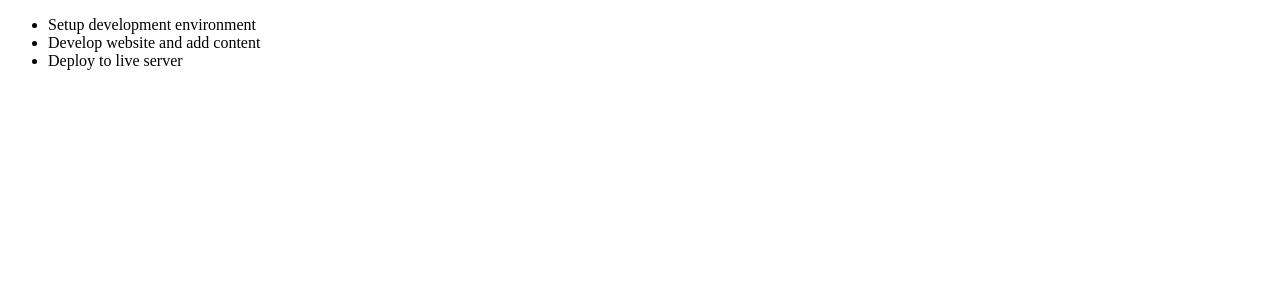
Repository: kennedyowusu/react-todo-app
Page: /
The author's editor kept a copy of each file at every save. The page is drawn from the files as they stood at one save, then again after the next save.
The browser window is 1280 px wide. The pictures show the whole page.
The project was rebuilt for these pictures with package versions that can differ from the ones it lists, and the page was loaded fresh each time.

Above is the page before, as saved 2023-01-16 10:55:41.

### src/index.js
import React from 'react'
import ReactDOM from 'react-dom'
//component file
import TodoContainer from './components/TodoContainer'

ReactDOM.render(
  <React.StrictMode>
    <TodoContainer />
  </React.StrictMode>,
  document.getElementById('root')
)

### src/components/TodoContainer.js
import React from 'react'
import TodosList from './TodosList'
import Header from './Header'

class TodoContainer extends React.Component {

  state = {
    todos: [
      {
        id: 1,
        title: 'Setup development environment',
        completed: true,
      },
      {
        id: 2,
        title: 'Develop website and add content',
        completed: false,
      },
      {
        id: 3,
        title: 'Deploy to live server',
        completed: false,
      },
    ],
  }

  render() {
    return (
      <div>
        <TodosList todos={this.state.todos} />
      </div>
    )
  }
}
export default TodoContainer

### src/components/TodosList.js
import React from 'react'
import TodoItem from './TodoItem'

class TodosList extends React.Component {
  render() {
    return (
      <ul>
        {this.props.todos.map((todo) => (
          <TodoItem key={todo.id} todo={todo} />
        ))}
      </ul>
    )
  }
}

export default TodosList

### src/components/TodoItem.js
import React from 'react'

class TodoItem extends React.Component {
  render() {
    return <li>{this.props.todo.title}</li>
  }
}

export default TodoItem

Loaded but not shown: public/index.html (common file); src/components/Header.js (common file)

After the next save:
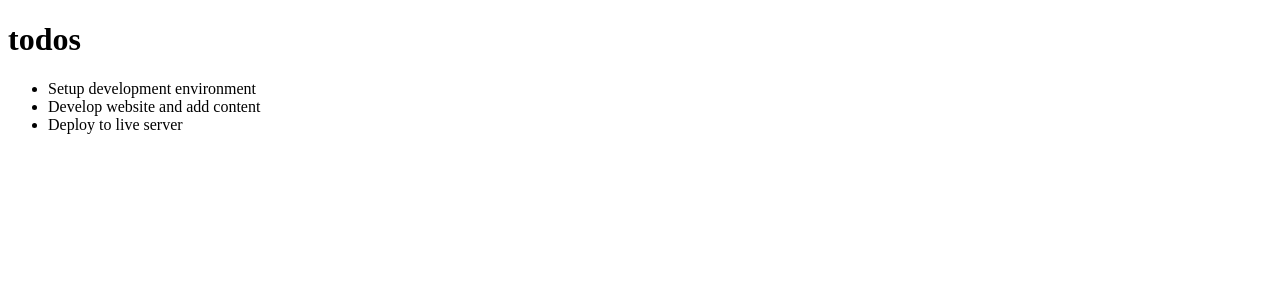
Saved 6 s later.
--- a/src/components/TodoContainer.js
+++ b/src/components/TodoContainer.js
@@ -27,6 +27,7 @@ class TodoContainer extends React.Component {
   render() {
     return (
       <div>
+        <Header />
         <TodosList todos={this.state.todos} />
       </div>
     )
